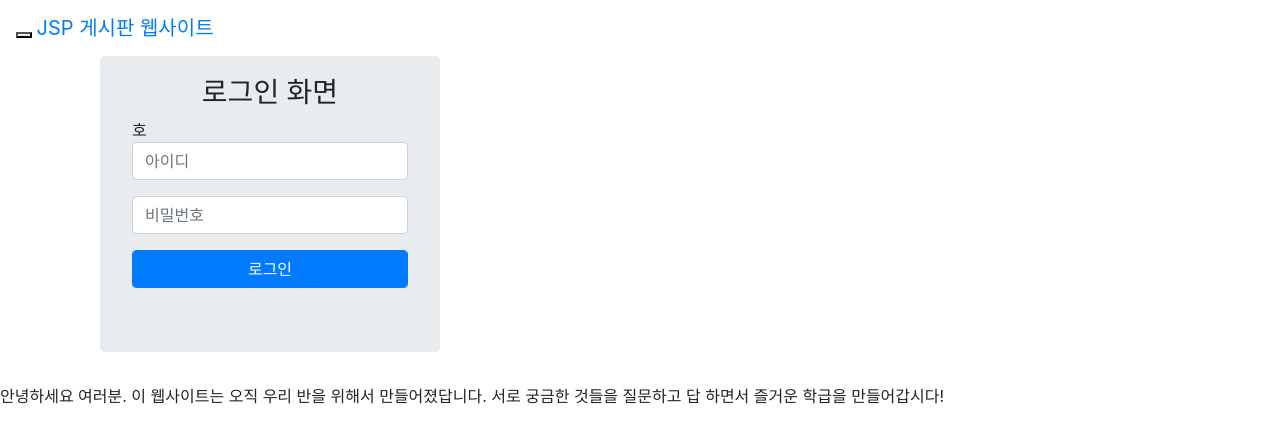
Repository: Munro-L/I-spy-oT__cuHacking-2019
Page: http://localhost/BBS/join.jsp
An editor plug-in stored every save of this project. The page is shown before and after the next save, followed by the edit.
The browser window is 1280 px wide. The pictures show the whole page.
The page is served by Tomcat 9. Other server files are loaded and not shown.

Above is the page before, as saved 2019-02-01 06:36:02.

### BBS-master/projects/BBS/WebContent/join.jsp
<%@ page language="java" contentType="text/html; charset=UTF-8"
    pageEncoding="UTF-8"%>
<!DOCTYPE html>
<html>
<head>
<meta http-equiv="Content-Type" content="text/html, charset="UTF-8">
<meta name="viewport" content="width=device-width", intial-scale="1">
<link rel="stylesheet" href="css/bootstrap.css">
<title>질문있어요!</title>
</head>
<body>
	<nav class="navbar navbar-default">
		<div class="navbar-header">
			<button type="button" class="navbar-toggle collapsed"
			data-toggle="collapse" data-target="#bs-example-navbar-collapse-1"
			aria-expanded="false">
				<span class="icon-bar"></span>
				<span class="icon-bar"></span>
				<span class="icon-bar"></span>
			</button>
			<a class="navbar-brand" href="main.jsp">JSP 게시판 웹사이트</a>
		</div>
	</nav>

	<div class="container">
		<div class="col-lg-4"></div>
		<div class="col-lg-4">
			<div class="jumbotron" style="padding-top: 20px;">
				<form method="post" action="loginAction.jsp">
					<h3 style="text-align:center;">로그인 화면</h3>호
					<div class="form-group">
						<input type="text" class="form-control" placeholder="아이디" name="userID" maxlength="20">
					</div>
					<div class="form-group">
						<input type="text" class="form-control" placeholder="비밀번호" name="userPassword" maxlength="20">
					</div>
					<input type="submit" class="btn btn-primary form-control" value="로그인">
				</form>

			</div>
		</div>
	</div>

		<p>안녕하세요 여러분. 이 웹사이트는 오직 우리 반을 위해서 만들어졌답니다.
	서로 궁금한 것들을 질문하고 답 하면서 즐거운 학급을 만들어갑시다! </p>
	<script
  src="https://code.jquery.com/jquery-3.3.1.min.js"
  integrity="sha256-FgpCb/KJQlLNfOu91ta32o/NMZxltwRo8QtmkMRdAu8="
  crossorigin="anonymous"></script>
  <script src="js/bootstrap.js"></script>
</html>

Loaded but not shown: BBS-master/projects/BBS/WebContent/css/bootstrap.css (library); BBS-master/projects/BBS/WebContent/js/bootstrap.js (library)

After the next save:
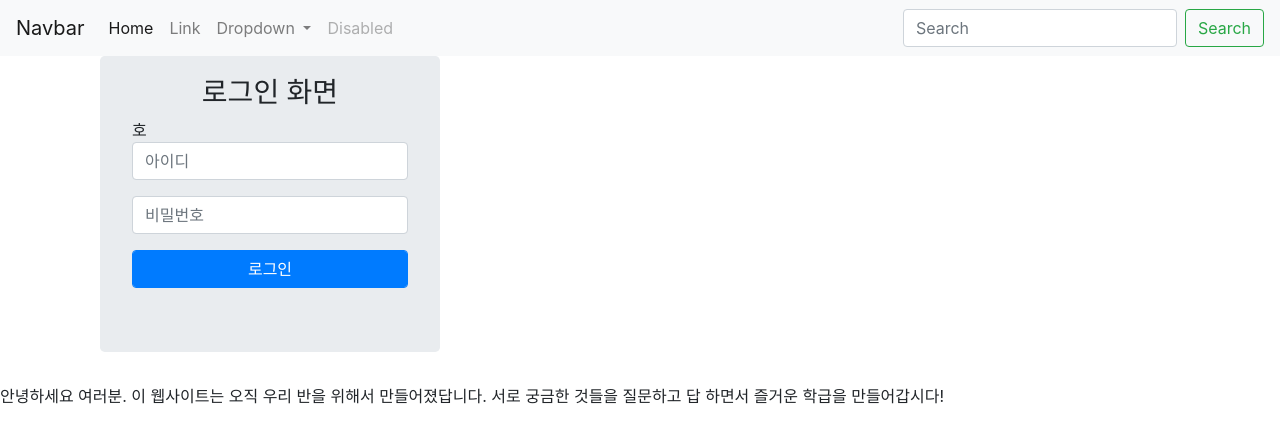
Saved 3 min 31 s later.
--- a/BBS-master/projects/BBS/WebContent/join.jsp
+++ b/BBS-master/projects/BBS/WebContent/join.jsp
@@ -9,18 +9,41 @@
 <title>질문있어요!</title>
 </head>
 <body>
-	<nav class="navbar navbar-default">
-		<div class="navbar-header">
-			<button type="button" class="navbar-toggle collapsed"
-			data-toggle="collapse" data-target="#bs-example-navbar-collapse-1"
-			aria-expanded="false">
-				<span class="icon-bar"></span>
-				<span class="icon-bar"></span>
-				<span class="icon-bar"></span>
-			</button>
-			<a class="navbar-brand" href="main.jsp">JSP 게시판 웹사이트</a>
-		</div>
-	</nav>
+<nav class="navbar navbar-expand-lg navbar-light bg-light">
+  <a class="navbar-brand" href="#">Navbar</a>
+  <button class="navbar-toggler" type="button" data-toggle="collapse" data-target="#navbarSupportedContent" aria-controls="navbarSupportedContent" aria-expanded="false" aria-label="Toggle navigation">
+    <span class="navbar-toggler-icon"></span>
+  </button>
+
+  <div class="collapse navbar-collapse" id="navbarSupportedContent">
+    <ul class="navbar-nav mr-auto">
+      <li class="nav-item active">
+        <a class="nav-link" href="#">Home <span class="sr-only">(current)</span></a>
+      </li>
+      <li class="nav-item">
+        <a class="nav-link" href="#">Link</a>
+      </li>
+      <li class="nav-item dropdown">
+        <a class="nav-link dropdown-toggle" href="#" id="navbarDropdown" role="button" data-toggle="dropdown" aria-haspopup="true" aria-expanded="false">
+          Dropdown
+        </a>
+        <div class="dropdown-menu" aria-labelledby="navbarDropdown">
+          <a class="dropdown-item" href="#">Action</a>
+          <a class="dropdown-item" href="#">Another action</a>
+          <div class="dropdown-divider"></div>
+          <a class="dropdown-item" href="#">Something else here</a>
+        </div>
+      </li>
+      <li class="nav-item">
+        <a class="nav-link disabled" href="#">Disabled</a>
+      </li>
+    </ul>
+    <form class="form-inline my-2 my-lg-0">
+      <input class="form-control mr-sm-2" type="search" placeholder="Search" aria-label="Search">
+      <button class="btn btn-outline-success my-2 my-sm-0" type="submit">Search</button>
+    </form>
+  </div>
+</nav>
 
 	<div class="container">
 		<div class="col-lg-4"></div>
